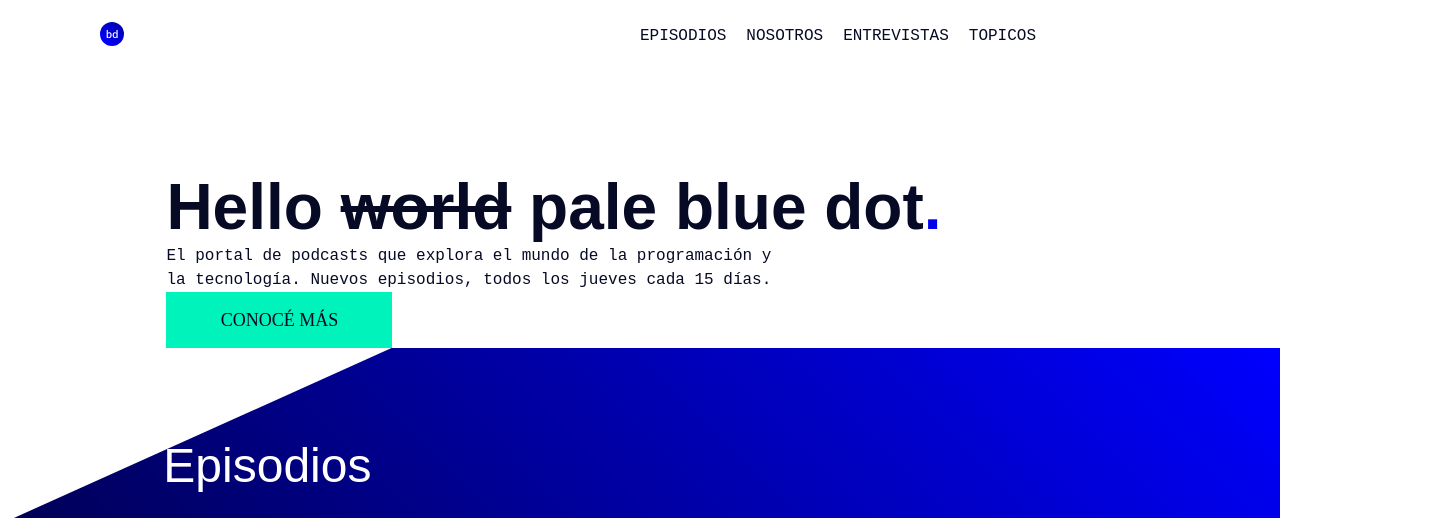
Repository: FedeGA93/podcast
Page: index.html
An editor plug-in stored every save of this project. The page is shown before and after a run of saves, followed by the edit.
The browser window is 1280 px wide. The page is 1440 px wide, so the pictures cover 1440 px, including what lies to the right of the window. The pictures show the part of the page from y = 0 to 518 px (the page is 3205 px tall).
Pictures or frames that could not be fetched are drawn as grey boxes. Some web fonts or font styles are not loaded; a fallback is used. Some web libraries are served in a nearby version.

Above is the page before, as saved 2019-11-26 19:05:54.

After the next 2 saves:
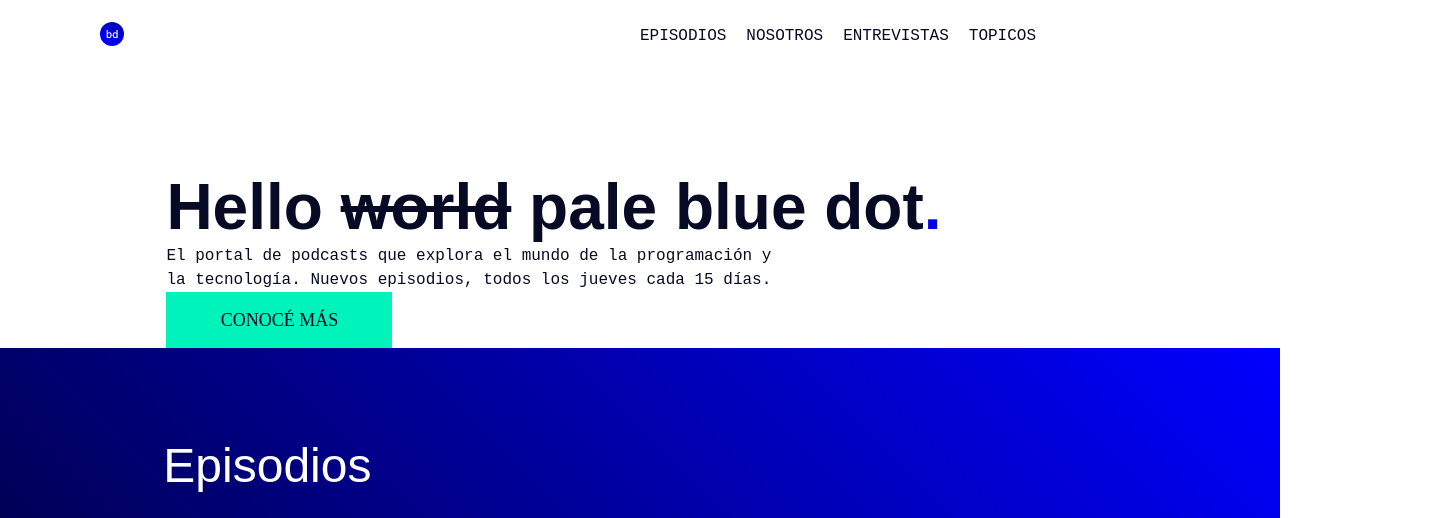
The 2 saves are shown as one change because they came seconds apart.
The last was saved 10 s later.
--- a/index.html
+++ b/index.html
@@ -60,7 +60,7 @@
     <section>
         <div class="fondo-azul-gradiente sec">
             <svg xmlns="http://www.w3.org/2000/svg" viewBox="0 1 100 100" preserveAspectRatio="none">
-                <polygon fill="white" points="0,0 100,0 0,45" />
+                <polygon fill="white" points="0,0 0,0 0,45" />
             </svg>
           <!--   <div class="corteuno"></div> -->
             <div class="cortedos"></div>

After the save that followed:
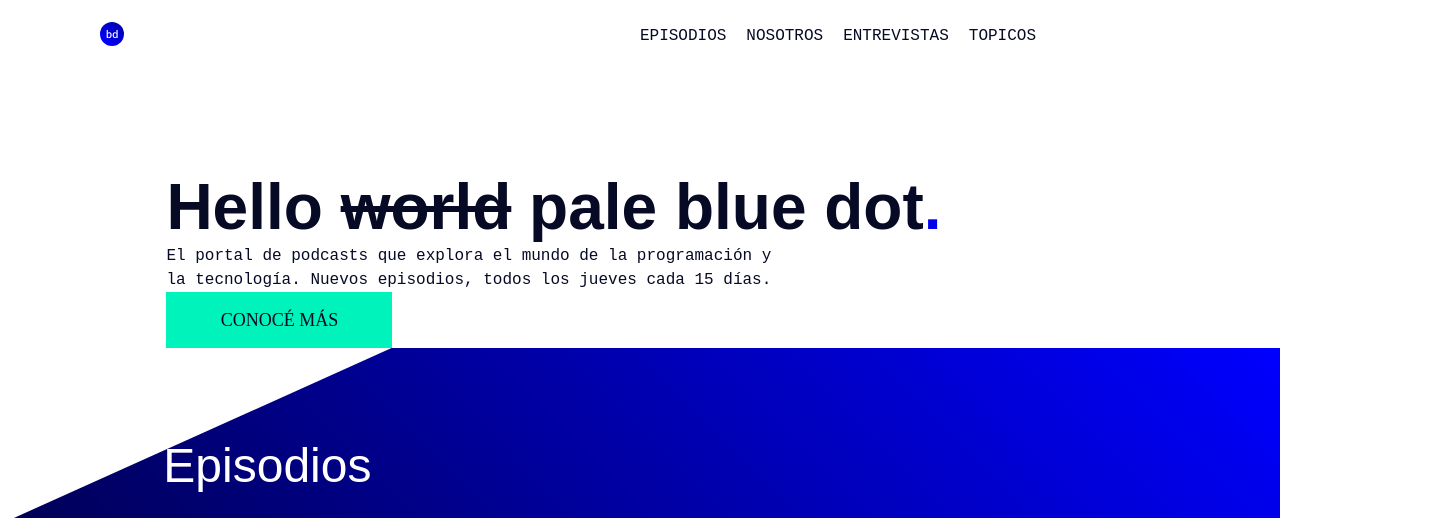
Saved 5 s later.
--- a/index.html
+++ b/index.html
@@ -60,7 +60,7 @@
     <section>
         <div class="fondo-azul-gradiente sec">
             <svg xmlns="http://www.w3.org/2000/svg" viewBox="0 1 100 100" preserveAspectRatio="none">
-                <polygon fill="white" points="0,0 0,0 0,45" />
+                <polygon fill="white" points="0,0 100,0 0,45" />
             </svg>
           <!--   <div class="corteuno"></div> -->
             <div class="cortedos"></div>
